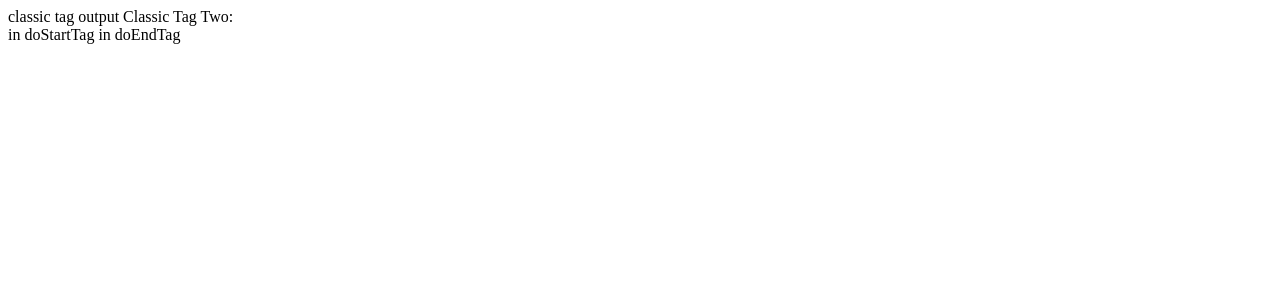
Repository: Freshield/GAEJSP
Page: http://localhost/Chp10.2/SimpleTagTest.jsp
These files come from the project's save history. The page is drawn as it stood at one moment and after the next save; the edit follows.
The browser window is 1280 px wide. The pictures show the whole page.
The page is served by Tomcat 9. Other server files are loaded and not shown.

Above is the page before, as saved 2016-04-02 20:47:58.

### real-headfirst/Chp10.2/WebContent/SimpleTagTest.jsp
<%@ page language="java" contentType="text/html; charset=ISO-8859-1"
    pageEncoding="ISO-8859-1"%>
<%@ taglib prefix="mine" uri="KathyClassicTags" %>
<!DOCTYPE html PUBLIC "-//W3C//DTD HTML 4.01 Transitional//EN" "http://www.w3.org/TR/html4/loose.dtd">
<html>
<head>
<meta http-equiv="Content-Type" content="text/html; charset=ISO-8859-1">
<title>Insert title here</title>
</head>
<body>
	<mine:classicOne/>
	Classic Tag Two:<br>
	<mine:classicTwo/>

</body>
</html>

### real-headfirst/Chp10.2/src/foo/Classic1.java
package foo;

import javax.servlet.jsp.*;
import javax.servlet.jsp.tagext.*;

import java.io.*;

public class Classic1 extends TagSupport{

	public int doStartTag() throws JspException{

		JspWriter out = pageContext.getOut();

		try{
			out.println("classic tag output");
		}catch(IOException ex){
			throw new JspException("IOException-"+ex.toString());
		}
		return SKIP_BODY;
	}

}

### real-headfirst/Chp10.2/src/foo/Classic2.java
package foo;

import javax.servlet.jsp.*;
import javax.servlet.jsp.tagext.*;

import java.io.*;

public class Classic2 extends TagSupport{
	JspWriter out;


	public int doStartTag() throws JspException{

		out = pageContext.getOut();

		try{
			out.println("in doStartTag ");
		}catch(IOException ex){
			throw new JspException("IOException-"+ex.toString());
		}
		return SKIP_BODY;
	}

	public int doEndTag() throws JspException{

		try{
			out.println("in doEndTag");
		}catch(IOException ex){
			throw new JspException("IOException-"+ex.toString());
		}
		return EVAL_PAGE;


	}

}

### real-headfirst/Chp10.2/src/foo/ClassicTest.java
package foo;

import javax.servlet.jsp.*;
import javax.servlet.jsp.tagext.*;

import java.io.*;

public class ClassicTest extends TagSupport{
	JspWriter out;


	public int doStartTag() throws JspException{

		out = pageContext.getOut();

		try{
			out.println(" Before the body");
		}catch(IOException ex){
			throw new JspException("IOException-"+ex.toString());
		}
		return EVAL_BODY_INCLUDE;
	}

	public int doEndTag() throws JspException{

		try{
			out.println(" After body.");
		}catch(IOException ex){
			throw new JspException("IOException-"+ex.toString());
		}
		return EVAL_PAGE;


	}

}

After the next save:
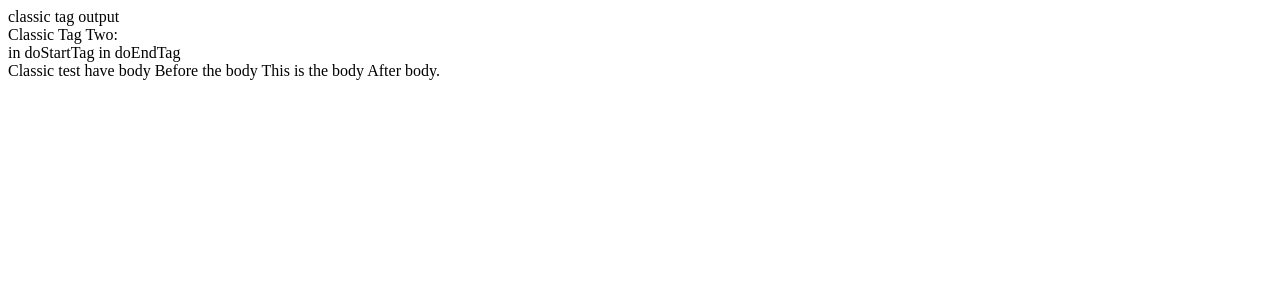
Saved 75 s later.
--- a/real-headfirst/Chp10.2/WebContent/SimpleTagTest.jsp
+++ b/real-headfirst/Chp10.2/WebContent/SimpleTagTest.jsp
@@ -8,9 +8,13 @@
 <title>Insert title here</title>
 </head>
 <body>
-	<mine:classicOne/>
+	<mine:classicOne/><br>
 	Classic Tag Two:<br>
-	<mine:classicTwo/>
+	<mine:classicTwo/><br>
+	Classic test have body
+	<mine:classicTest>
+		This is the body
+	</mine:classicTest>
 
 </body>
 </html>
